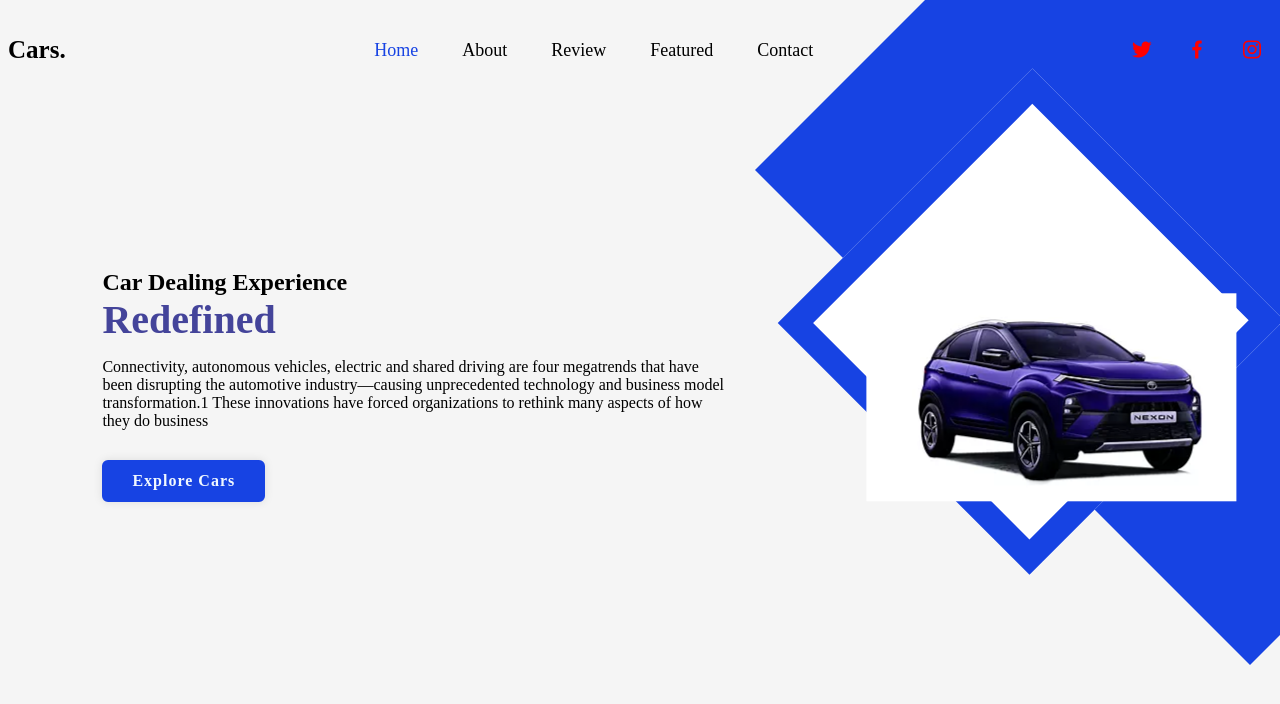
Repository: supriya123yadav/website-project
Page: index.html
An editor plug-in stored every save of this project. The page is shown before and after the next save, followed by the edit.
The browser window is 1280 px wide. The pictures show the whole page.

Above is the page before, as saved 2024-07-11 19:42:30.

### index.html
<!DOCTYPE html>
<html lang="en">
<head>
    <meta charset="UTF-8">
    <meta http-equiv="X-UA">
    <meta name="viewport" content="width=device-width, initial-scale=1.0">
    <title>Job Website Template</title>
    <link rel="stylesheet" href="style.css">
    <link href='https://unpkg.com/boxicons@2.1.4/css/boxicons.min.css' rel='stylesheet'>

</head>
<body>
    <header class="header">
        <a href="#" class="logo">Cars.</a>

        <nav class="navbar">
            <a href="#" class="active">Home</a>
            <a href="#">About</a>
            <a href="#">Review</a>
            <a href="#">Featured</a>
            <a href="#">Contact</a>
        </nav>

        <div class="social-media">
            <a href="#"><i class='bx bxl-twitter'></i></a>
            <a href="#"><i class='bx bxl-facebook' ></i></a>
            <a href="#"><i class='bx bxl-instagram' ></i></a>
        </div>
    </header>
    <section class="home">
        <div class="home-content">
            <h1>Car Dealing Experience</h1>
            <h3>Redefined</h3>
            <p>Connectivity, autonomous vehicles, electric and shared
             driving are four megatrends that have been disrupting the
             automotive industry—causing unprecedented technology
             and business model transformation.1 These innovations
             have forced organizations to rethink many aspects of how
             they do business</p>
             <a href="#" class="btn">Explore Cars</a>
        </div>
        <div class="home-img">
            <div class="rhombus">
                <img src="website car.webp" alt="">
            </div>
        </div>
        <div class="rhombus2"></div>
    </section>

</body>
</html>

### style.css
*{
    margin: 0;
    padding: 0;
    box-sizing: border-box;
    font-family: 'Poppins', bold;
}
body{
    background: whitesmoke;
}
.header{
    position: fixed;
    top: 0;
    left: 0;
    width: 100%;
    padding: 30px 8px;
    background: transparent;
    display: flex;
    justify-content: space-between;
    align-items: center;
    z-index: 100;
}
.logo{
    font-size: 25px;
    color: black;
    text-decoration: none;
    font-weight: 600;
}
.navbar a {
    font-size: 18px;
    color: black;
    text-decoration: none;
    font-weight: 500;
    margin: 0 20px;
    transition: rgb(61, 61, 152);
}

.navbar a:hover,
.navbar a.active{
    color: #1743e3;
}
.social-media{
    display: flex;
    justify-content: space-between;
    width: 150px;
    height: 40px;

}
.social-media a {
    display: inline-flex;
    justify-content: center;
    align-items: center;
    width: 40px;
    height: 40px;
    background: transparent;
    border: 2px solid transparent;
    text-decoration: none;
    transform: rotate(45deg);
    transition: .5s;
}
.social-media a i {
    font-size: 24px;
    color: red;
    transform: rotate(-45deg);
}
.social-media a:hover {
    border-color: red;
}
.home {
    position: relative;
    width: 100%;
    height: 100vh;
    display: flex;
    justify-content: space-between;
    align-items: center;
    padding: 50px 8% 0;
    overflow: hidden;
}
.home-content {
    max-width: 630px;
}
.home-content h3 {
    font-size: 40px;
    color: rgb(68, 68, 154);
}
.home-content p {
    font-size: 16px;
    margin: 15px 0 30px;
}
.btn {
    display: inline-block;
    padding: 10px 28px;
    background: #1743e3;
    border-radius: 6px;
    border: 2px solid #1743e3;
    box-shadow: 0 0 10px rgba(0, 0, 0, .1);
    font-size: 16px;
    color: aliceblue;
    letter-spacing: 1px;
    text-decoration: none;
    font-weight: 600;
}
.btn:hover {
    background: transparent;
    color: #1743e3;
}
.home-img {
    position: relative;
    right: -7%;
    width: 450px;
    height: 450px;
    transform: rotate(45deg);
}
.home-img .rhombus {
    position: absolute;
    width: 80%;
    height: 80%;
    background: white;
    border: 25px solid #1743e3;
    box-shadow: -15px 15px 15px rgba(0, 0, 0, -2);

}

.home-img .rhombus img {
    position: absolute;
    top: 90px;
    bottom: -100px;
    right: -100px;
    max-width: 800px;
    transform: rotate(-45deg);
}
.home .rhombus2 {
    position: absolute;
    top: -25%;
    right: -25%;
    width: 700px;
    height: 700px;
    background: #1743e3;
    transform: rotate(45deg);
    z-index: -1;
}

After the next save:
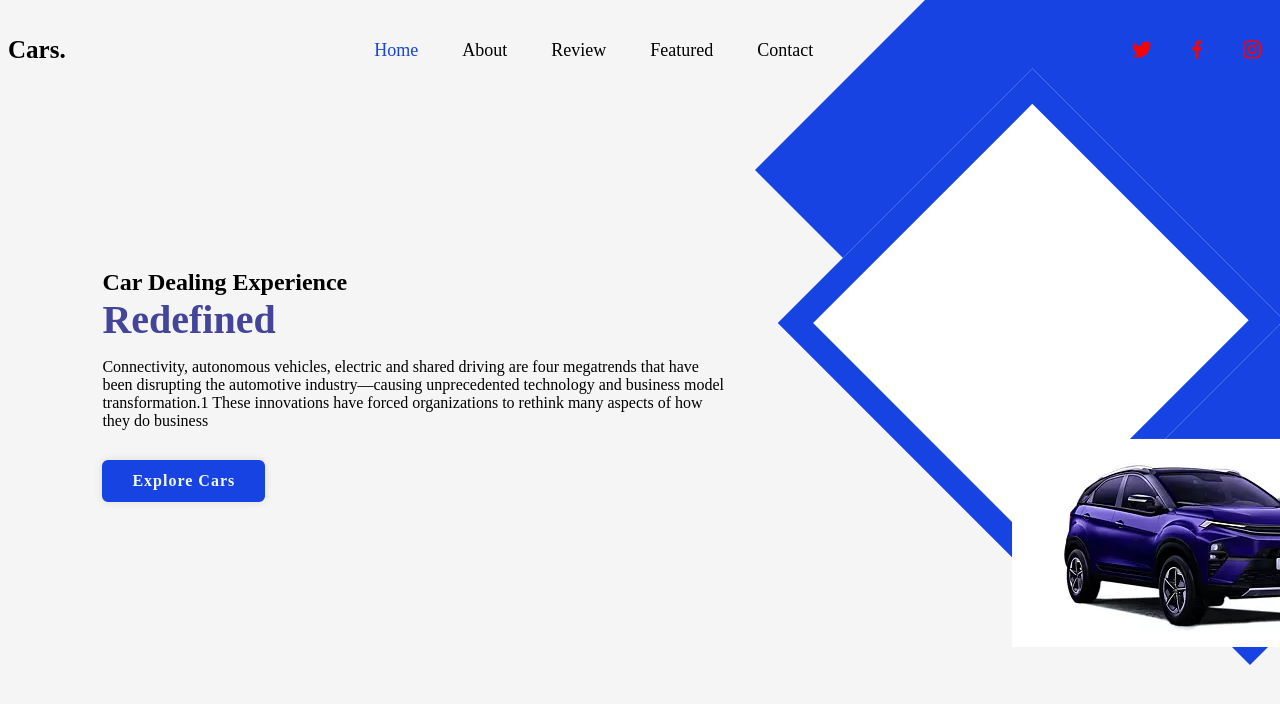
Saved 17 s later.
--- a/style.css
+++ b/style.css
@@ -124,7 +124,7 @@
     position: absolute;
     top: 90px;
     bottom: -100px;
-    right: -100px;
+    right: -100%;
     max-width: 800px;
     transform: rotate(-45deg);
 }

After the save that followed:
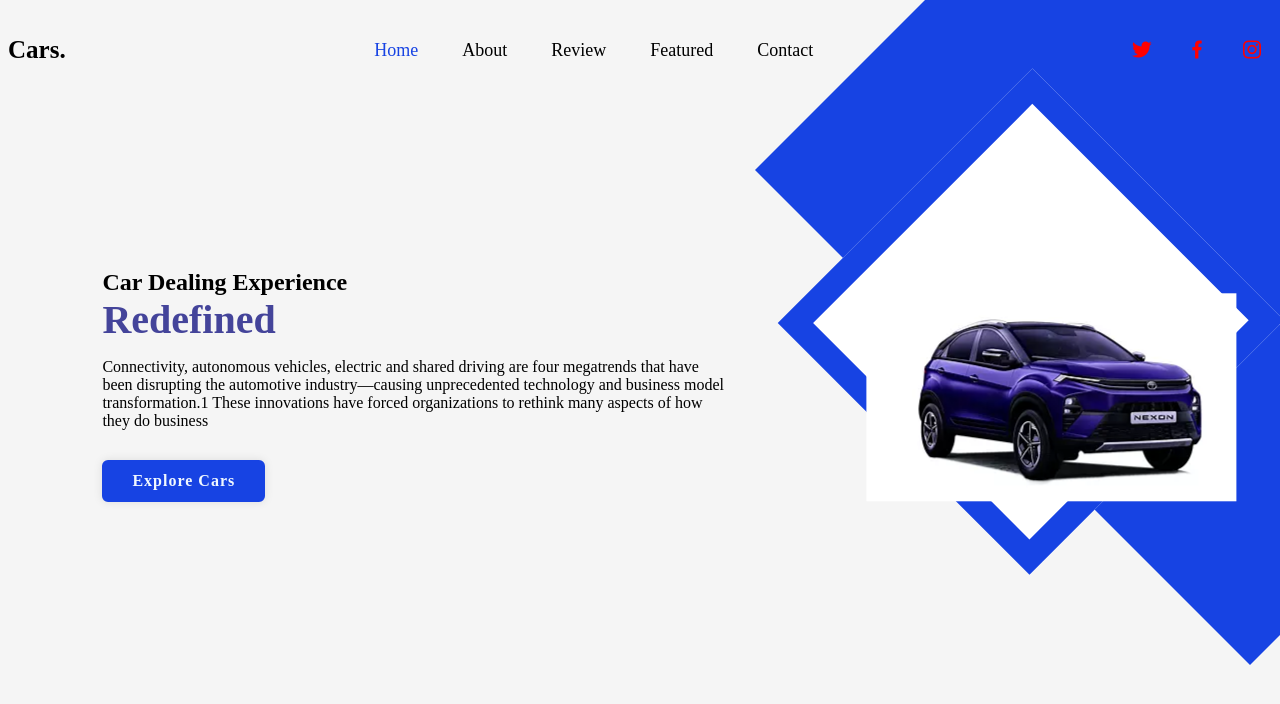
Saved 9 s later.
--- a/style.css
+++ b/style.css
@@ -124,7 +124,7 @@
     position: absolute;
     top: 90px;
     bottom: -100px;
-    right: -100%;
+    right: -100px;
     max-width: 800px;
     transform: rotate(-45deg);
 }
